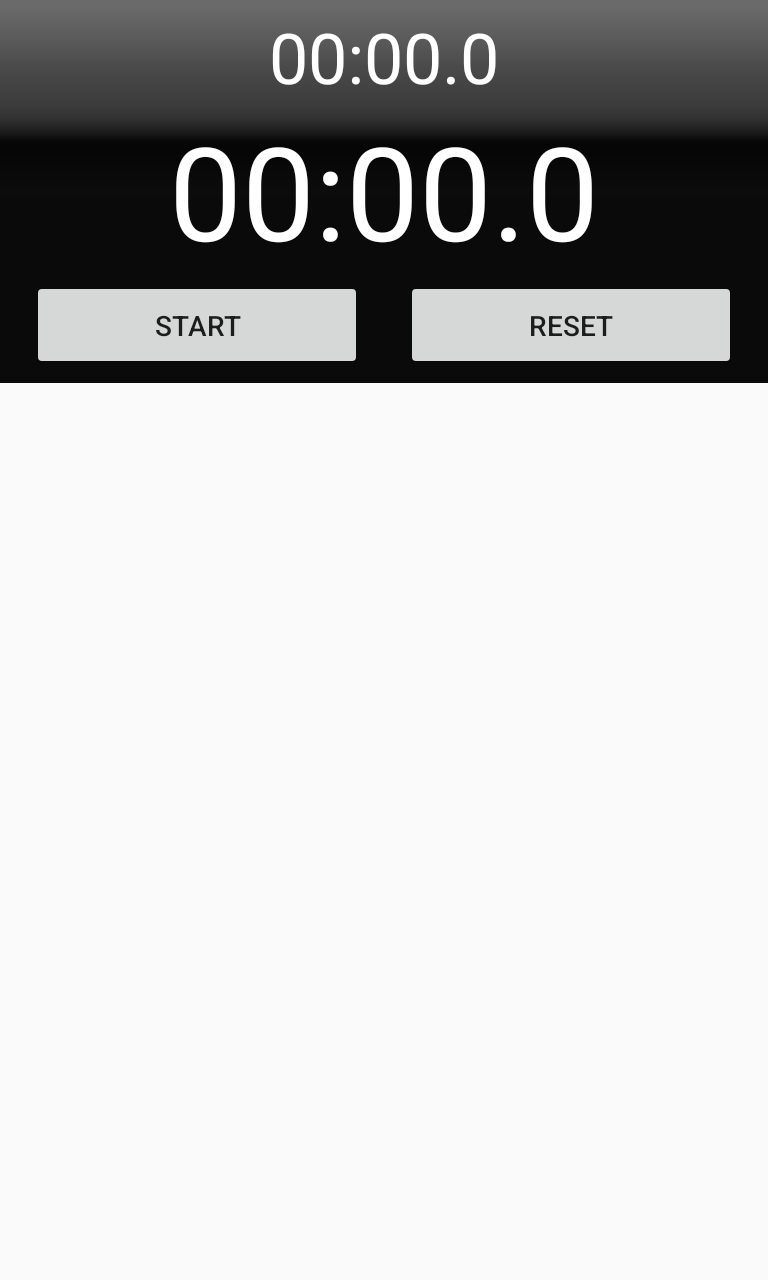
Repository: GitDidNotExitCleanly/AndroidTimer
Layout: G54MDP_Stopwatch/res/layout/fragment_stopwatch.xml
The author's editor kept a copy of each file at every save. The layout is drawn from the files as they stood at one save, then again after the next save.
It is drawn on a 768 x 1280 px phone screen (xhdpi) without system bars, with theme AppTheme; the app's code is not run. Lists and similar views that code fills are empty.

Above is the layout before, as saved 2015-03-09 11:27:37.

After the next save:
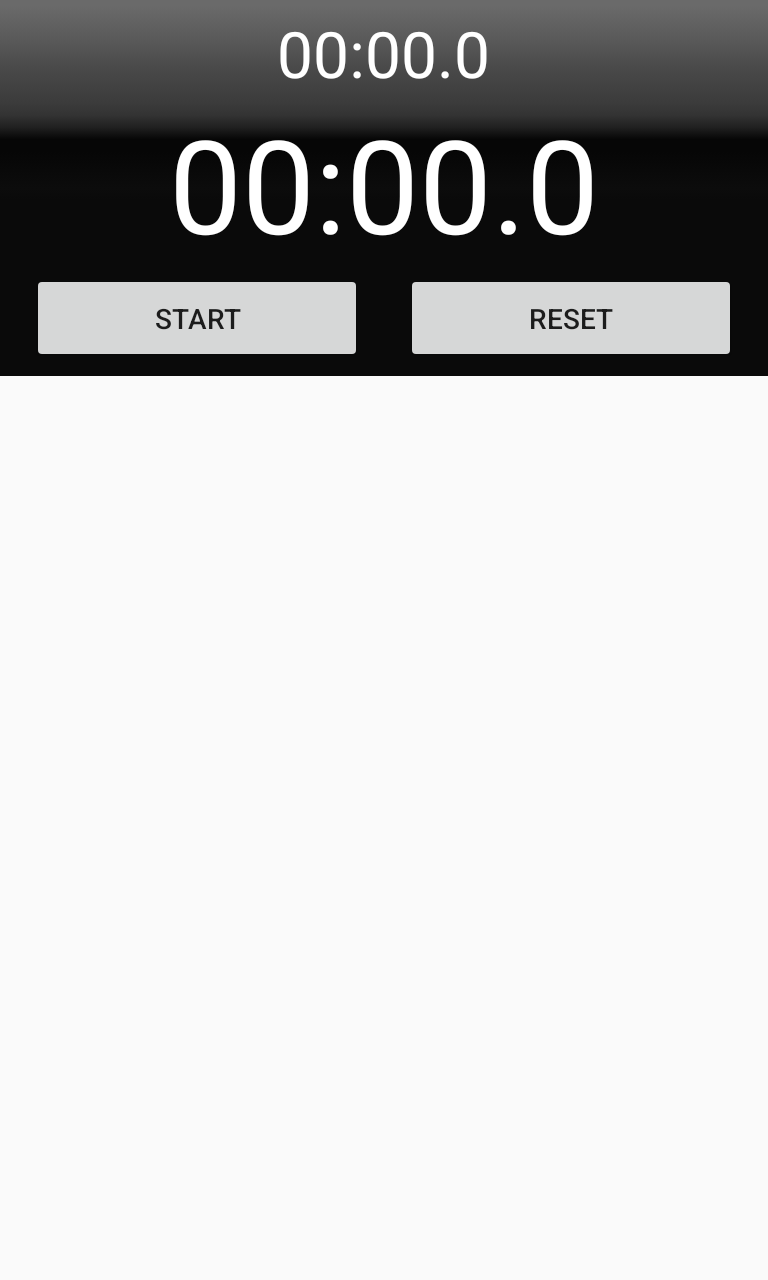
Saved 2 min 28 s later.
--- a/G54MDP_Stopwatch/res/values/dimens.xml
+++ b/G54MDP_Stopwatch/res/values/dimens.xml
@@ -3,6 +3,6 @@
     <!-- Default screen margins, per the Android Design guidelines. -->
     <dimen name="activity_horizontal_margin">16dp</dimen>
     <dimen name="activity_vertical_margin">16dp</dimen>
-    <dimen name="stopwatch_large_time">65sp</dimen><dimen name="stopwatch_small_time">35sp</dimen>
+    <dimen name="stopwatch_large_time">65sp</dimen><dimen name="stopwatch_small_time">32sp</dimen>
 
 </resources>
